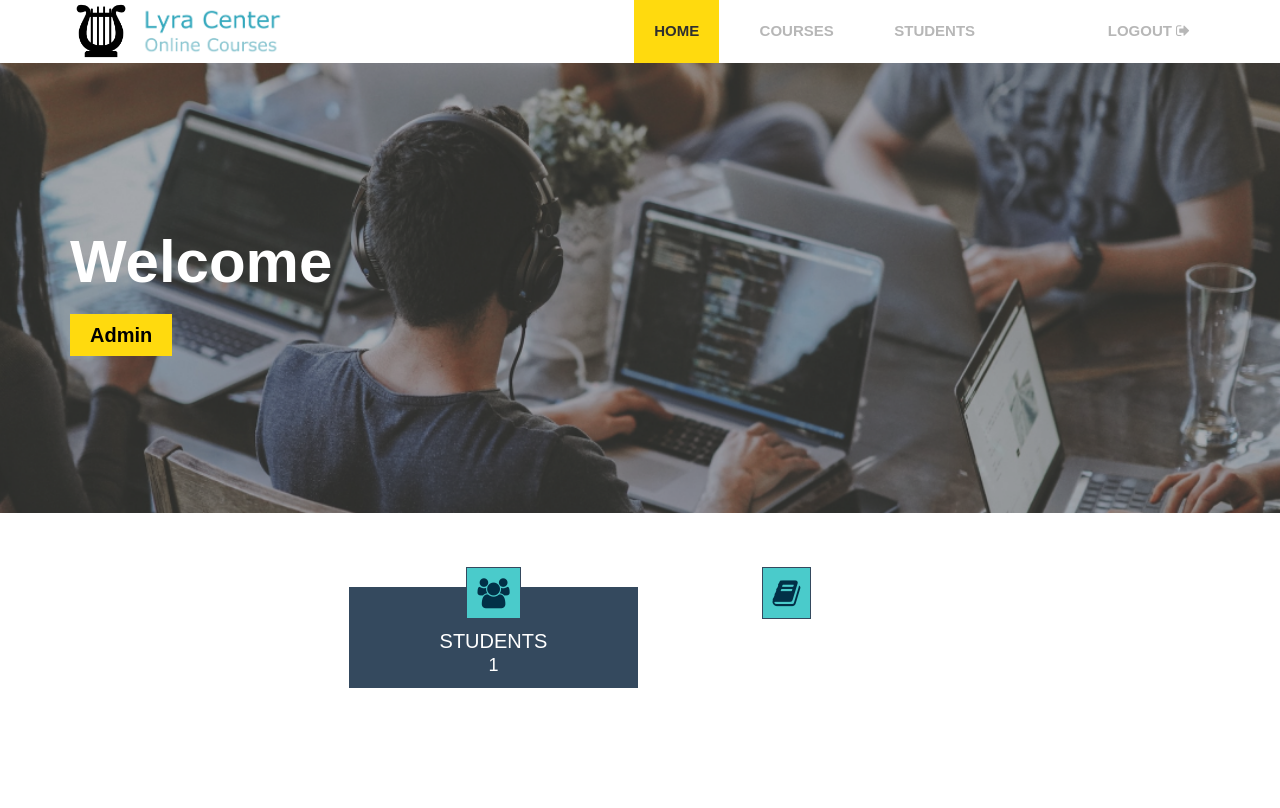
Repository: jersmaecrz/lyra-center
Page: http://localhost/aHome.php
The author's editor kept a copy of each file at every save. The page is drawn from the files as they stood at one save, then again after a run of saves.
The browser window is 1280 px wide. The pictures show the whole page.
Some web fonts or font styles are not loaded; a fallback is used. The page is run by PHP 8.4 with error messages shown; the project is at /var/www/html/.

Above is the page before, as saved 2022-12-03 21:58:08.

After the next 3 saves:
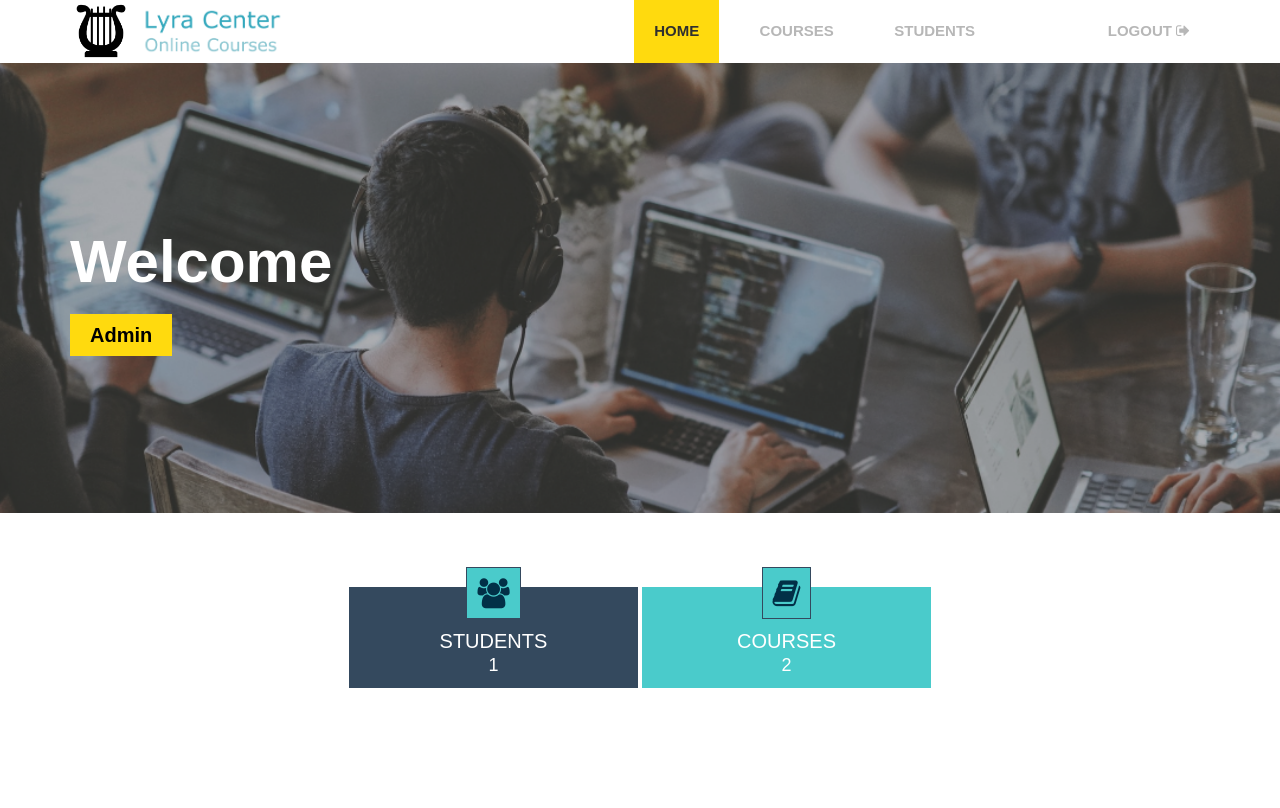
The 3 saves are shown as one change because they came seconds apart.
The last was saved 34 s later.
--- a/css/admin-home-style.css
+++ b/css/admin-home-style.css
@@ -39,7 +39,11 @@
 .icon {
     color: #023047;
 }
-.blueDash{
+.blueDash {
     background-color:#34495E;
 
 }
+.yellowDash {
+    background-color:#4ACBCB;
+
+}
